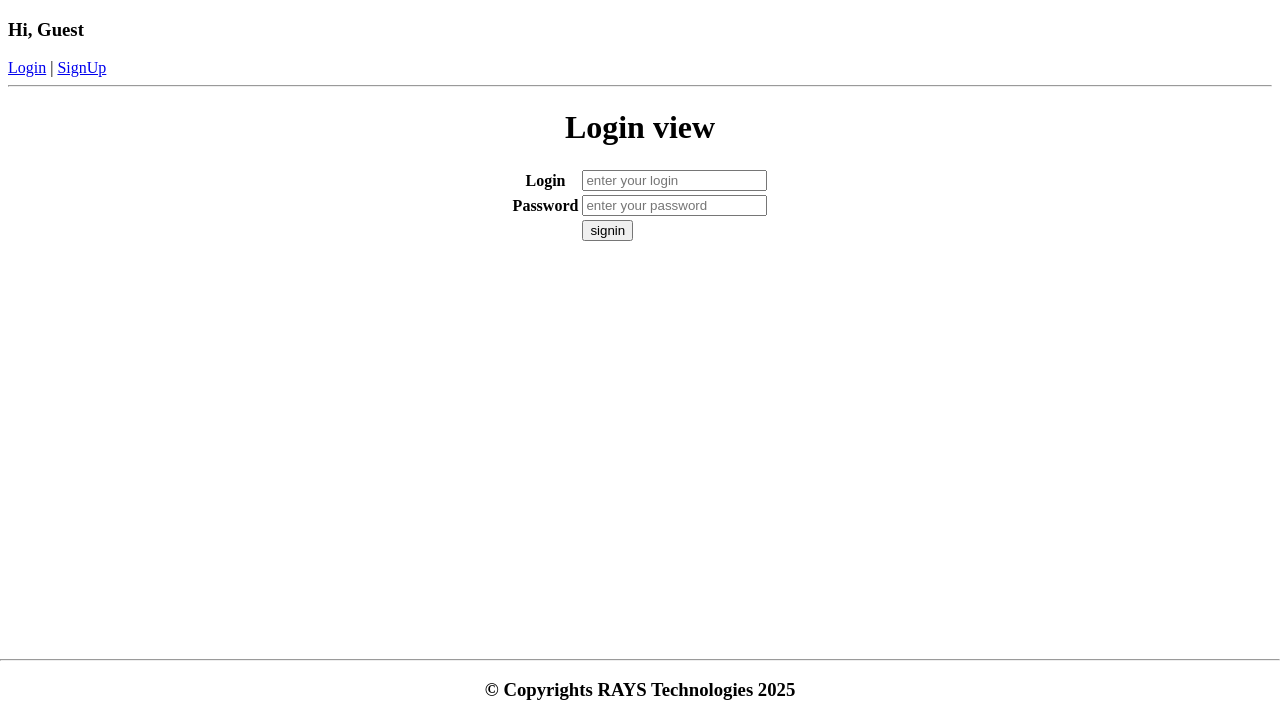
Repository: Deepak9669/JSP-Servlet
Page: http://localhost/Dynamic-Web-Project/LoginCtl
The author's editor kept a copy of each file at every save. The page is drawn from the files as they stood at one save, then again after the next save.
The browser window is 1280 px wide. The pictures show the whole page.
The page is served by Tomcat 9. Other server files are loaded and not shown.

Above is the page before, as saved 2025-10-06 15:12:37.

### Dynamic-Web-Project/WebContent/LoginView.jsp
<%@ page language="java" contentType="text/html; charset=ISO-8859-1"
	pageEncoding="ISO-8859-1"%>
<!DOCTYPE html>
<html>
<head>
<meta charset="ISO-8859-1">
<title>Insert title here</title>
</head>
<body>


	<%
		String errorMsg = (String) request.getAttribute("errorMsg");
		String sucessMsg = (String) request.getAttribute("sucessMsg");
	%>
	<%@ include file="Header.jsp"%>

	<div align="center">
		<h1>Login view</h1>

		<%
		if(errorMsg!=null){

		%>
		<h2 style="color: red"><%=errorMsg%></h2>
		<%
		}
		%>

		<%

		if(sucessMsg!=null){

		%>
		<h2 style="color:green"><%=sucessMsg%></h2>
		<%
		}
		%>


		<form action="LoginCtl" method="post">

			<table>
				<tr>
					<th>Login</th>
					<td><input type="email" name="login" value=""
						placeholder="enter your login"></td>


				</tr>

				<tr>
					<th>Password</th>
					<td><input type="password" name="password" value=""
						placeholder="enter your password"></td>

				</tr>

				<tr>
					<th></th>
					<td><input type="submit" name="operation" value="signin"></td>
				</tr>

			</table>

		</form>

	</div>
	<%@include file="Footer.jsp"%>
</body>
</html>

### Dynamic-Web-Project/WebContent/Header.jsp
<%@page import="com.rays.bean.UserBean"%>
<%@ page language="java" contentType="text/html; charset=ISO-8859-1"
	pageEncoding="ISO-8859-1"%>
<!DOCTYPE html>
<html>
<head>
<meta charset="ISO-8859-1">
<title>Insert title here</title>
</head>
<body>

	<%
		UserBean user = (UserBean) session.getAttribute("user");
	%>

	<%
		if (user != null) {
	%>
	<h3><%="Hi, " + user.getFirstName()%></h3>
	<%
		} else {
	%>
	<h3>Hi, Guest</h3>
	<%
		}
	%>

	<%
		if (user != null) {
	%>
	<a href="LoginCtl?operation=logout">Logout</a>
	<%
		} else {
	%>
	<a href="LoginCtl">Login</a> |
	<a href="UserRegistrationCtl">SignUp</a>
	<%
		}
	%>


	<hr>

</body>
</html>

### Dynamic-Web-Project/WebContent/Footer.jsp

<%@ page language="java" contentType="text/html; charset=ISO-8859-1"
	pageEncoding="ISO-8859-1"%>
<html>
<head>

<style type="text/css">
#footer {
	position: fixed;
	left: 0;
	width: 100%;
	bottom: 0;
	background-color: white;
	color: black;
	text-align: center;
}
</style>

</head>
<body>

	<div id="footer">
		<CENTER>
			<hr>
			<H3>&copy; Copyrights RAYS Technologies 2025</H3>
		</CENTER>
	</div>
</html>

### Dynamic-Web-Project/src/com/rays/controller/LoginCtl.java
package com.rays.controller;

import java.io.IOException;
import java.sql.SQLException;

import javax.security.auth.message.callback.PrivateKeyCallback.Request;
import javax.servlet.RequestDispatcher;
import javax.servlet.ServletException;
import javax.servlet.annotation.WebServlet;
import javax.servlet.http.HttpServlet;
import javax.servlet.http.HttpServletRequest;
import javax.servlet.http.HttpServletResponse;
import javax.servlet.http.HttpSession;

import com.rays.bean.UserBean;
import com.rays.model.UserModel;
@WebServlet("/LoginCtl")
public class LoginCtl extends HttpServlet {


	@Override
	protected void doGet(HttpServletRequest request, HttpServletResponse response)
			throws ServletException, IOException {

		String op = request.getParameter("operation");
		System.out.println("op ---> " + op);

		if (op != null) {
			HttpSession session = request.getSession();
			session.invalidate(); // Destroy the session
			request.setAttribute("successMsg", "user logout successfully");
		}

		RequestDispatcher rd = request.getRequestDispatcher("LoginView.jsp");
		rd.forward(request, response);

	}
	@Override
	protected void doPost(HttpServletRequest request, HttpServletResponse response)
			throws ServletException, IOException {

		UserBean bean = new UserBean();
		UserModel model = new UserModel();

		String login = request.getParameter("login");
		String password = request.getParameter("password");

		HttpSession session = request.getSession();

		try {
			bean = model.authenticate(login, password);

			if (bean != null) {
				System.out.println("user login successfully");
				session.setAttribute("user", bean);
				response.sendRedirect("WelcomeCtl");
			} else {
				request.setAttribute("errorMsg", "invalid login or password");
				RequestDispatcher rd = request.getRequestDispatcher("LoginView.jsp");
				rd.forward(request, response);
			}

		} catch (Exception e) {
			// TODO Auto-generated catch block
			e.printStackTrace();
		}

	}

}

After the next save:
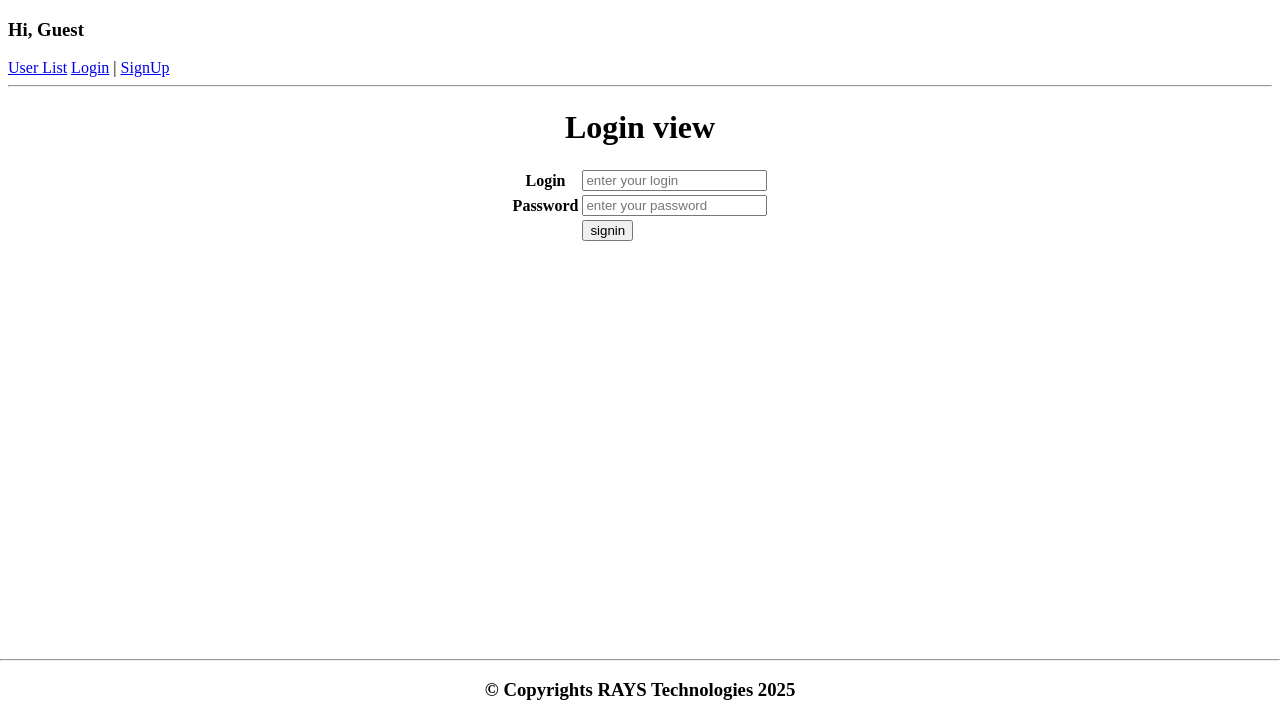
Saved 114 s later.
--- a/Dynamic-Web-Project/WebContent/Header.jsp
+++ b/Dynamic-Web-Project/WebContent/Header.jsp
@@ -32,6 +32,7 @@
 	<%
 		} else {
 	%>
+	<a href="UserListCtl">User List</a>
 	<a href="LoginCtl">Login</a> |
 	<a href="UserRegistrationCtl">SignUp</a>
 	<%
